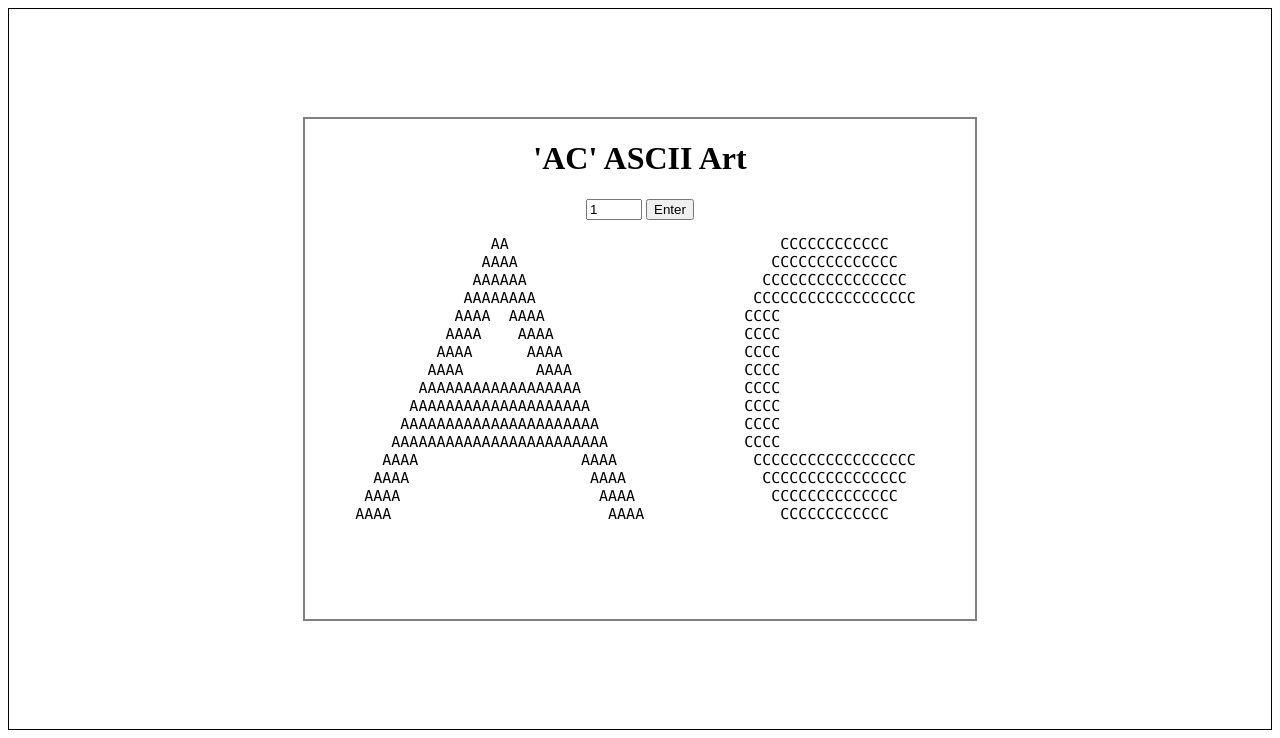
Repository: Achorn/ascii-art
Page: index.html
An editor plug-in stored every save of this project. The page is shown before and after a run of saves, followed by the edit.
The browser window is 1280 px wide. The pictures show the whole page.

Above is the page before, as saved 2021-08-09 20:50:07.

### index.html
<!DOCTYPE html>
<html lang="en">
  <head>
    <link rel="stylesheet" href="styles.css" />
    <meta charset="UTF-8" />
    <meta http-equiv="X-UA-Compatible" content="IE=edge" />
    <meta name="viewport" content="width=device-width, initial-scale=1.0" />
    <title>Document</title>
  </head>
  <body>
    <form>
      <h1>'AC' ASCII Art</h1>
      <input type="number" min="1" value="1" max="10" />
      <button>Enter</button>
      <div id="ascii-container">
        <div id="a-container">
          <p id="mono-a" style="font-family: 'Lucida Console', monospace"></p>
        </div>
        <div id="c-container">
          <p id="mono-c" style="font-family: 'Lucida Console', monospace"></p>
        </div>
      </div>
    </form>
    <script type="text/javascript" src="myscripts.js"></script>
  </body>
</html>

### styles.css
body {
  border: 1px solid black;
  display: flex;
  flex-direction: column;
  justify-content: center;
  align-items: center;
  height: 100vh;
}

form {
  border: 2px solid grey;
  height: 500px;
  /* width: 400px; */
  text-align: center;
}

#ascii-container {
  display: flex;
}

#a-container {
  /* background-color: pink; */
}
#c-container {
  /* background-color: pink; */
}
#mono-a {
  /* font-size: 25.5vw; */
  padding: 0px 50px 0px 50px;
  white-space: pre;
}
#mono-c {
  padding: 0px 50px 0px 50px;
  white-space: pre;
}

### myscripts.js
let oneA = ["A"];
let oneC = ["C"];
let twoA = [
  [" ", "A", " "],
  ["A", " ", "A"],
];
let twoC = [["C"], ["C"]];

let threeA = [
  [" ", " ", "A", " ", " "],
  [" ", "A", "A", "A", " "],
  ["A", " ", " ", " ", "A"],
];
let threeC = [
  [" ", "C", "C", "C"],
  ["C", " ", " ", " "],
  [" ", "C", "C", "C"],
];

let fourA = [
  [" ", " ", " ", "A"],
  [" ", " ", "A", " "],
  [" ", "A", "A", "A"],
  ["A", " ", " ", " "],
];
let fourC = [
  [" ", "C", "C", "C", " "],
  ["C", " ", " ", " ", " "],
];

let eight = [
  [" ", " ", " ", " ", " ", " ", " ", "A"],
  [" ", " ", " ", " ", " ", " ", "A", "A"],
  [" ", " ", " ", " ", " ", "A", "A", " "],
  [" ", " ", " ", " ", "A", "A", "A", "A"],
  [" ", " ", " ", "A", "A", "A", "A", "A"],
  [" ", " ", "A", "A", " ", " ", " ", " "],
  [" ", "A", "A", " ", " ", " ", " ", " "],
  ["A", "A", " ", " ", " ", " ", " ", " "],
];

function scaleSpread(array, factor) {
  const scaled = [];

  for (const row of array) {
    let x = [];

    for (const item of row) x.push(...Array(factor).fill(item));

    scaled.push(...Array(factor).fill(x));
  }

  return scaled;
}

function arrToString(arr) {
  let string = "";
  for (let i = 0; i < arr.length; i++) {
    string += arr[i].join("") + "<br>";
  }
  return string;
}

function halfAToString(arr) {
  let string = "";
  for (let i = 0; i < arr.length; i++) {
    string += arr[i].join("");
    let rev = arr[i].slice();
    string += rev.reverse().join("");
    string += "<br>";
  }
  return string;
}

function halfCToString(arr) {
  let string = "";
  for (let i = 0; i < arr.length; i++) {
    string += arr[i].join("");
    string += "<br>";
  }
  for (let i = arr.length - 1; i >= 0; i--) {
    string += arr[i].join("");
    string += "<br>";
  }
  return string;
}
function trimA(arr, lWidth) {
  for (i = 0; i < arr.length; i++) {
    let disp = lWidth - (i % lWidth) - 1;
    let newArr = arr[i].slice();
    for (let j = 0; j < disp; j++) {
      newArr.pop();
      newArr.unshift(" ");
    }
    arr[i] = newArr;
  }
}

function trimC(arr, lWidth) {
  console.log("trimming C: ", arr, lWidth);
  for (i = 0; i < lWidth; i++) {
    //add 2*i to center
    let newArr = arr[i].slice();
    console.log(i);
    for (let j = 0; j < i * 2; j++) {
      newArr.splice(newArr.length / 2, 0, "C");
    }

    //remove i from sides
    for (let j = 0; j < i; j++) {
      newArr.pop();
      newArr.shift();
    }
    arr[i] = newArr;
  }
}
//GET ELEMENTS
let monoA = document.getElementById("mono-a");
let monoC = document.getElementById("mono-c");

//SCALE AND RESIZE
//A
let scale = 4;

let scaledFour = scaleSpread(fourA, scale);
trimA(scaledFour, scale);

//C
let scaledC = scaleSpread(fourC, scale);
trimC(scaledC, scale);
//ADD TO HTML
// mono.innerHTML = halfAToString(scaleSpread(four, 7));
monoA.style.fontSize = `${60 / scale}px`;
monoC.style.fontSize = `${60 / scale}px`;

// monoC.style.fontSize = `${4 / scale}em`;
monoA.innerHTML = halfAToString(scaledFour);
monoC.innerHTML = halfCToString(scaledC);
// mono.innerHTML += arrToString(scaleSpread(eight, 1));

After the next 3 saves:
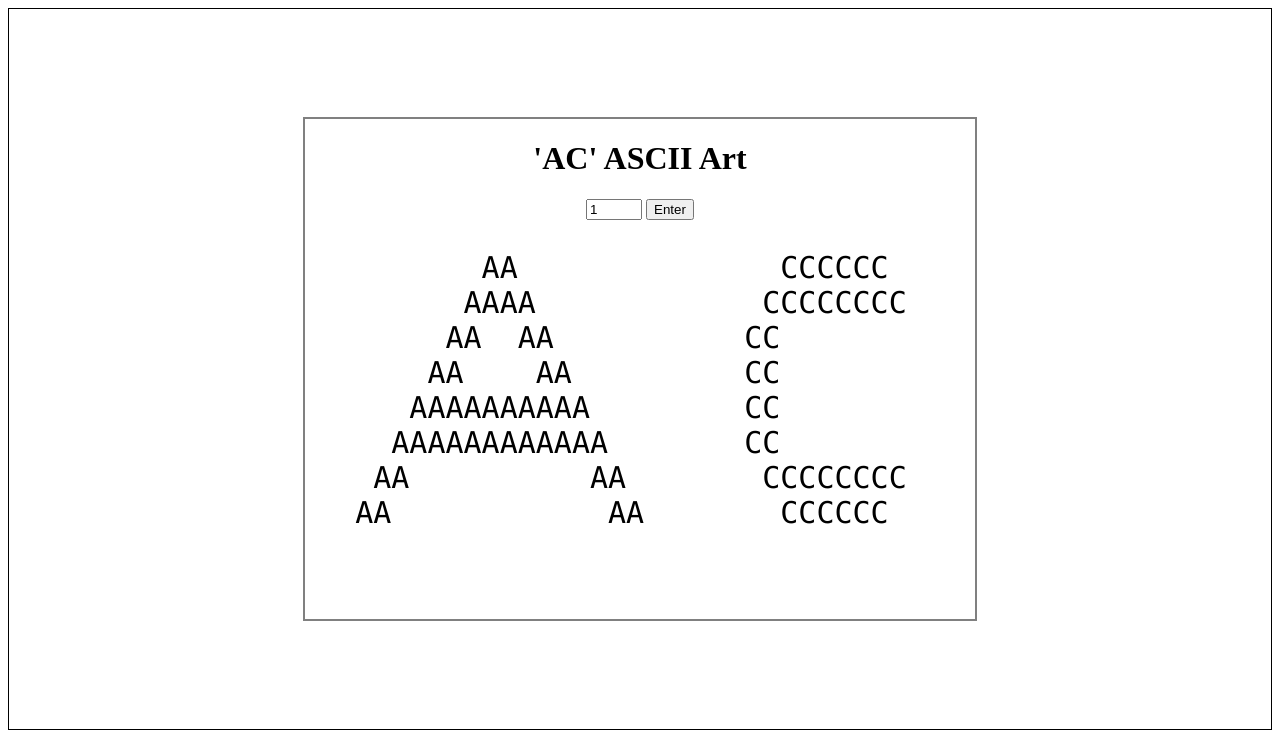
The 3 saves are shown as one change because they came seconds apart.
The last was saved 9 s later.
--- a/myscripts.js
+++ b/myscripts.js
@@ -120,7 +120,7 @@ let monoC = document.getElementById("mono-c");
 
 //SCALE AND RESIZE
 //A
-let scale = 4;
+let scale = 2;
 
 let scaledFour = scaleSpread(fourA, scale);
 trimA(scaledFour, scale);
